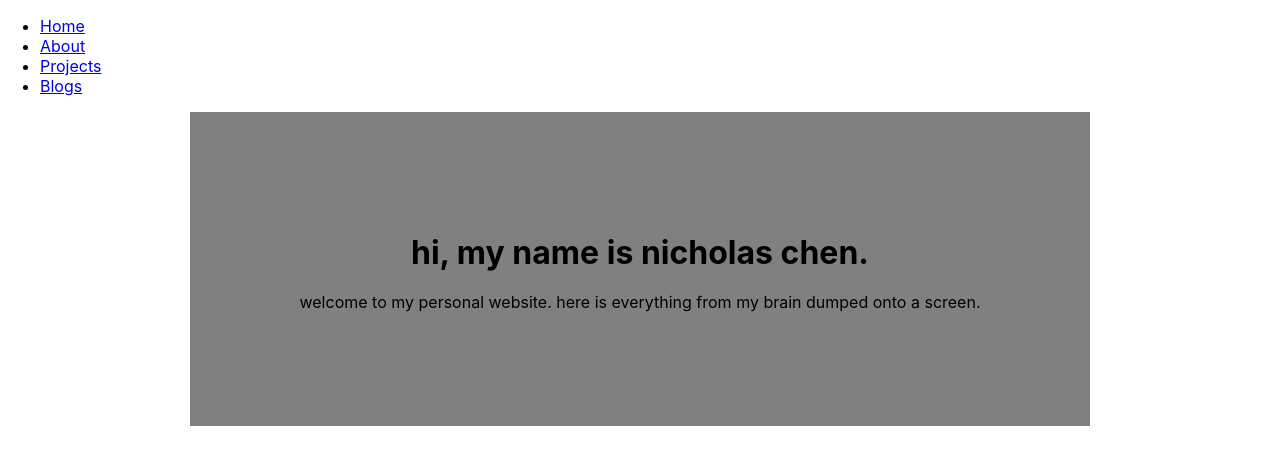
Repository: nicholaschen09/personalWebsite
Page: /
An editor plug-in stored every save of this project. The page is shown before and after the next save, followed by the edit.
The browser window is 1280 px wide. The pictures show the whole page.
The project was rebuilt for these pictures with package versions that can differ from the ones it lists, and the page was loaded fresh each time. Also part of the build but not shown: src/components/About.css, src/components/About.js, src/components/Projects.css, src/components/Projects.js, src/components/Blog.css, src/components/Blog.js, src/components/Miscellaneous.css, src/components/Miscellaneous.js and 4 more.

Above is the page before, as saved 2024-08-09 10:44:23.

### src/App.js
import React from 'react';
import { BrowserRouter as Router, Route, Routes, Link } from 'react-router-dom';
import About from './components/About.js';
import Home from './components/Home.js';
import Projects from './components/Projects.js';
import Blog from './components/Blog.js';
import Miscellaneous from './components/Miscellaneous.js';
import Design from './components/Design.js';
import Engineering from './components/Engineering.js';

function App() {
  return (
    <Router>
      <div>
        <nav>
          <ul>
            <li>
              <Link to="/">Home</Link>
            </li>
            <li>
              <Link to="/about">About</Link>
            </li>
            <li>
              <Link to="/projects">Projects</Link>
            </li>
            <li>
              <Link to="/blogs">Blogs</Link>
            </li>
          </ul>
        </nav>

        <Routes>
          <Route path="/about" element={<About />} />
          <Route path="/" element={<Home />} />
          <Route path="/projects" element={<Projects />} />
          <Route path="/blogs" element={<Blog />} />
          <Route path="/projects/miscellaneous" element={<Miscellaneous />} />
          <Route path="/projects/design" element={<Design />} />
          <Route path="/projects/engineering" element={<Engineering />} />
        </Routes>
      </div>
    </Router>
  );
}

export default App;

### src/components/Home.js
// src/components/Home/Home.js
import React from 'react';
import './Home.css';

const Home = () => {
    return (
        <div className="home">
            <h1>hi, my name is nicholas chen. </h1>
            <p>welcome to my personal website. here is everything from my brain dumped onto a screen.</p>



        </div>
        );



    };
         <div className="column">
         <h1>work experience</h1>
         </div>


export default Home;

### src/components/Home.css
/* src/components/Home/Home.css */
.home {
    text-align: center;
    padding: 100px;
    width: 700px;
    margin-left: auto;
    margin-right: auto;
    background-color: grey;
}

.DinnerImage {
    width: 70%;
    height: 70%;
    margin-left: auto;
    margin-right: auto;
    display: block;
}
p {
    line-height: 1;
}

Loaded but not shown: public/index.html (common file); src/index.js (common file); src/index.css (common file); src/reportWebVitals.js (common file)

After the next save:
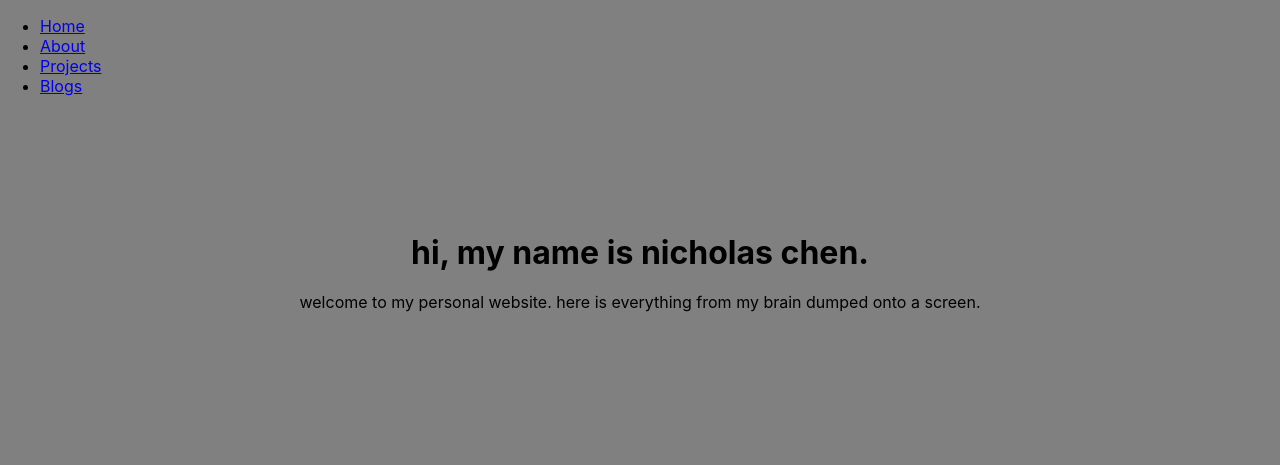
Saved 70 s later.
--- a/src/components/Home.css
+++ b/src/components/Home.css
@@ -5,6 +5,10 @@
     width: 700px;
     margin-left: auto;
     margin-right: auto;
+    background-color: grey;
+}
+
+body {
     background-color: grey;
 }
 
